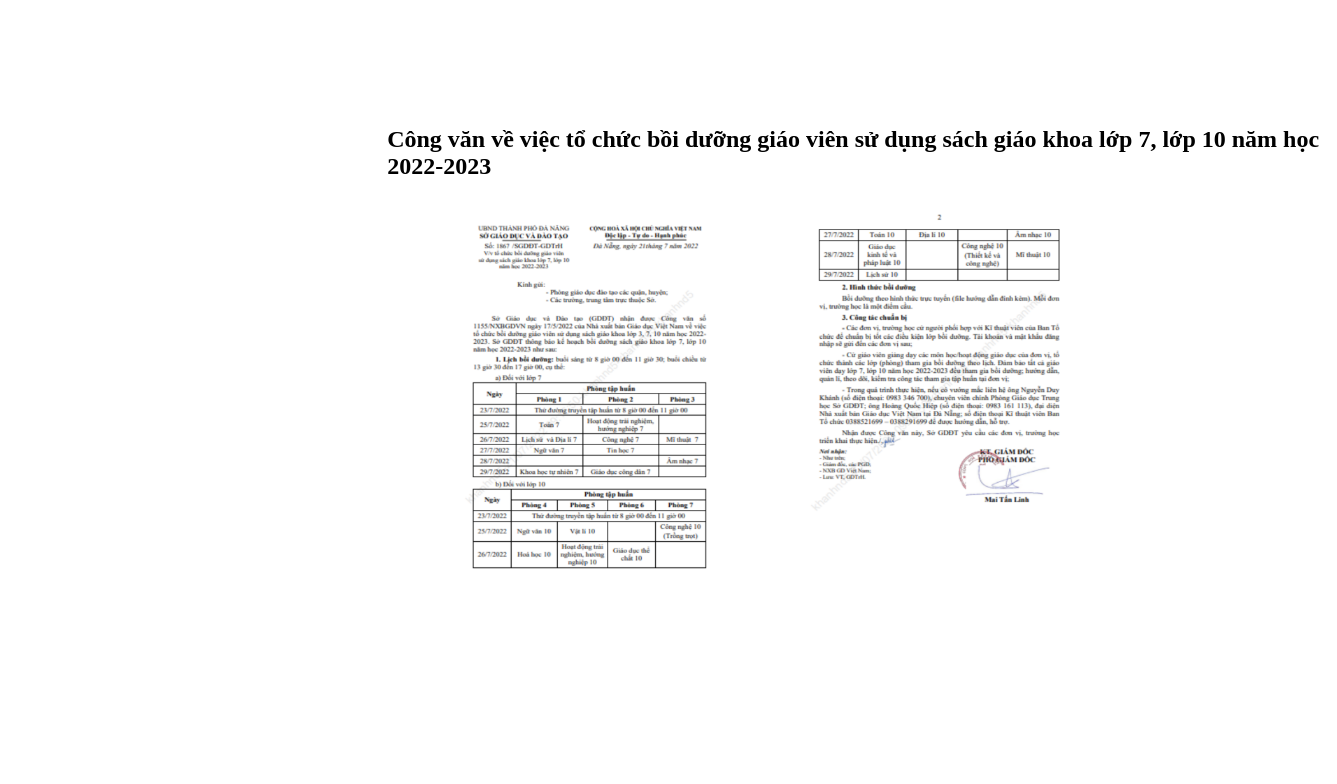
Repository: dphasst17/THPTVCC
Page: document/document_content/dc1.html
The author's editor kept a copy of each file at every save. The page is drawn from the files as they stood at one save, then again after the next save.
The browser window is 1280 px wide. The page is 1337 px wide, so the pictures cover 1337 px, including what lies to the right of the window. The pictures show the whole page.

Above is the page before, as saved 2022-10-14 12:26:23.

After the next save:
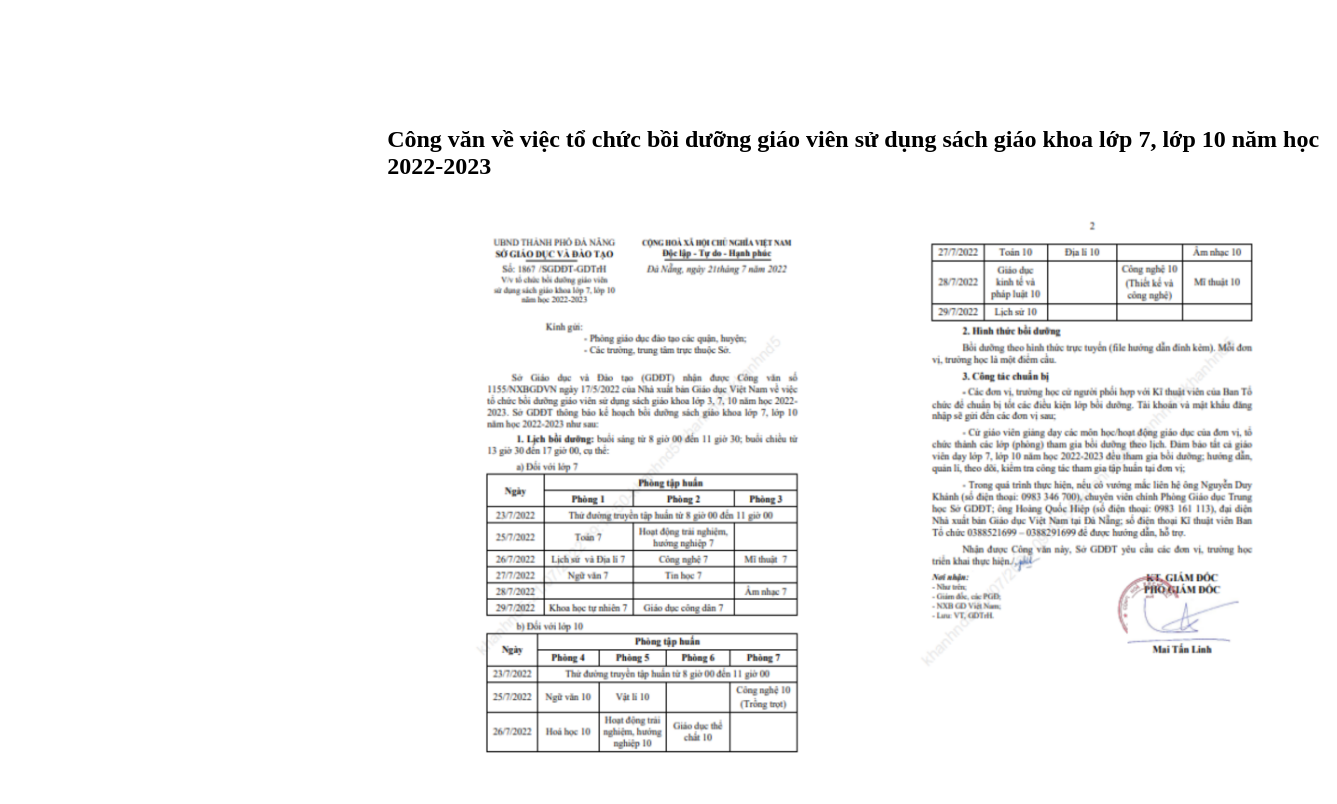
Saved 11 s later.
--- a/document/document_content/dc1.html
+++ b/document/document_content/dc1.html
@@ -13,8 +13,8 @@
         }
         img{
             display:inline-flex;
-            width:300px;
-            height:400px;
+            width:400px;
+            height:600px;
             text-align:center;
             margin-left:45px;
         }
